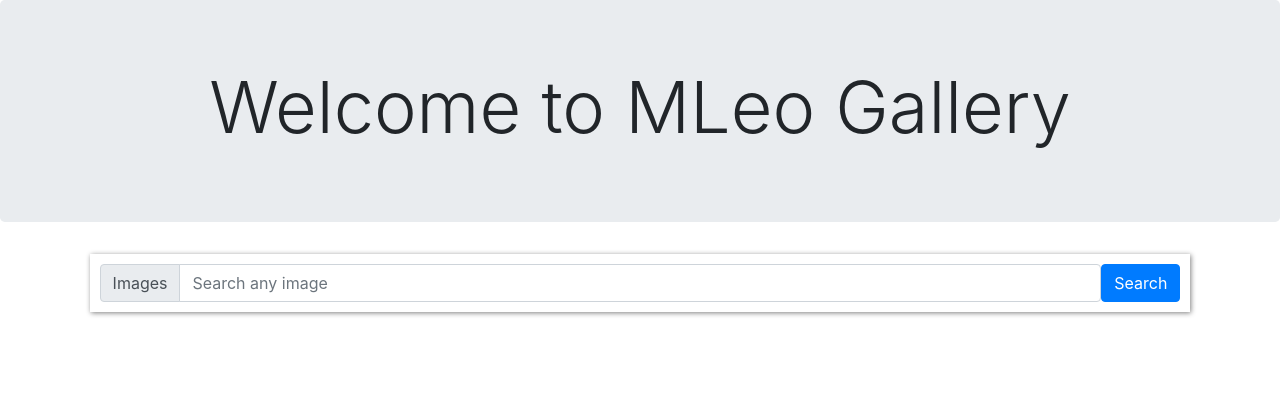
Repository: the-manohar/gallery
Page: /
An editor plug-in stored every save of this project. The page is shown before and after the next save, followed by the edit.
The browser window is 1280 px wide. The pictures show the whole page.
The project was rebuilt for these pictures with package versions that can differ from the ones it lists, and the page was loaded fresh each time.

Above is the page before, as saved 2020-06-18 23:08:52.

### src/index.js
import React from "react";
import ReactDOM from "react-dom";
import "./index.css";
import "bootstrap/dist/css/bootstrap.css";
import App from "./App";
import * as serviceWorker from "./serviceWorker";

ReactDOM.render(
  <React.StrictMode>
    <App />
  </React.StrictMode>,
  document.getElementById("root")
);

// If you want your app to work offline and load faster, you can change
// unregister() to register() below. Note this comes with some pitfalls.
// Learn more about service workers: https://bit.ly/CRA-PWA
serviceWorker.unregister();

### src/App.js
import React, { useState } from "react";
import {
  Button,
  InputGroup,
  InputGroupText,
  InputGroupAddon,
  Input,
  Jumbotron,
} from "reactstrap";

import "./App.css";

function App() {
  const [value, setValue] = useState("");
  const [result, setResult] = useState([]);
  const fetchImages = () => {
    fetch(
      `https://api.unsplash.com/search/photos/?client_id=V38aA4zOjg1Xb1lBpNRUAK8duXvqwhDHHJbssXB_Pps&query=${value}&orientation=squarish`
    )
      .then((res) => res.json())
      .then((data) => {
        setResult(data.results);
      });
  };
  return (
    <div className="App">
      <Jumbotron>
        <h1 className="display-3">Welcome to MLeo Gallery</h1>
      </Jumbotron>
      <div className="mydiv">
        {/* <span>Search</span> */}
        <InputGroup>
          <InputGroupAddon addonType="prepend">
            <InputGroupText>Images</InputGroupText>
          </InputGroupAddon>
          <Input
            placeholder="Search any image"
            value={value}
            onChange={(event) => setValue(event.target.value)}
          />
        </InputGroup>
        {/* <input
          style={{ width: "60%" }}
          type="text"
          value={value}
          onChange={(event) => setValue(event.target.value)}
        /> */}
        {/* <button onClick={() => fetchImages()}>Search</button> */}
        <Button color="primary" onClick={() => fetchImages()}>
          Search
        </Button>
      </div>

      <div className="gallery">
        {result.map((item) => {
          return (
            <img
              className="item"
              key={item.id}
              src={item.urls.regular}
              alt={item.urls.regular}
            />
          );
        })}
      </div>
    </div>
  );
}

export default App;

// V38aA4zOjg1Xb1lBpNRUAK8duXvqwhDHHJbssXB_Pps

### src/App.css
.App {
  text-align: center;
}
.mydiv {
  display: flex;
  justify-content: space-around;
  margin: 10px 7%;
  box-shadow: 1px 1px 5px grey;
  padding: 10px;
}

.gallery {
  display: flex;
  flex-wrap: wrap;
  justify-content: space-around;
}
.item {
  width: 30%;
  margin: 5px;
}

Loaded but not shown: public/index.html (common file); src/index.css (common file); src/serviceWorker.js (common file)

After the next save:
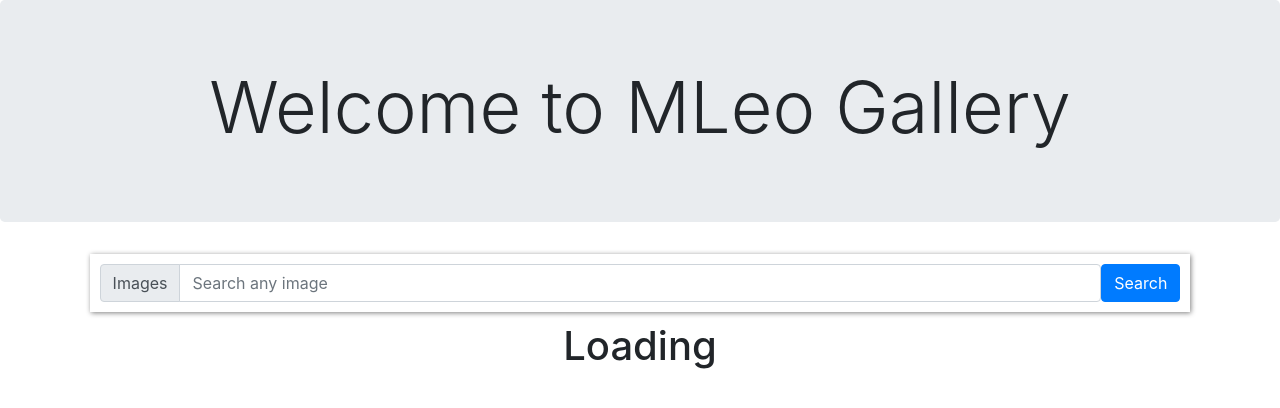
Saved 2 min 46 s later.
--- a/src/App.js
+++ b/src/App.js
@@ -39,30 +39,27 @@ function App() {
             onChange={(event) => setValue(event.target.value)}
           />
         </InputGroup>
-        {/* <input
-          style={{ width: "60%" }}
-          type="text"
-          value={value}
-          onChange={(event) => setValue(event.target.value)}
-        /> */}
-        {/* <button onClick={() => fetchImages()}>Search</button> */}
         <Button color="primary" onClick={() => fetchImages()}>
           Search
         </Button>
       </div>
 
-      <div className="gallery">
-        {result.map((item) => {
-          return (
-            <img
-              className="item"
-              key={item.id}
-              src={item.urls.regular}
-              alt={item.urls.regular}
-            />
-          );
-        })}
-      </div>
+      {result.length > 0 ? (
+        <div className="gallery">
+          {result.map((item) => {
+            return (
+              <img
+                className="item"
+                key={item.id}
+                src={item.urls.regular}
+                alt={item.urls.regular}
+              />
+            );
+          })}
+        </div>
+      ) : (
+        <h1>Loading</h1>
+      )}
     </div>
   );
 }
